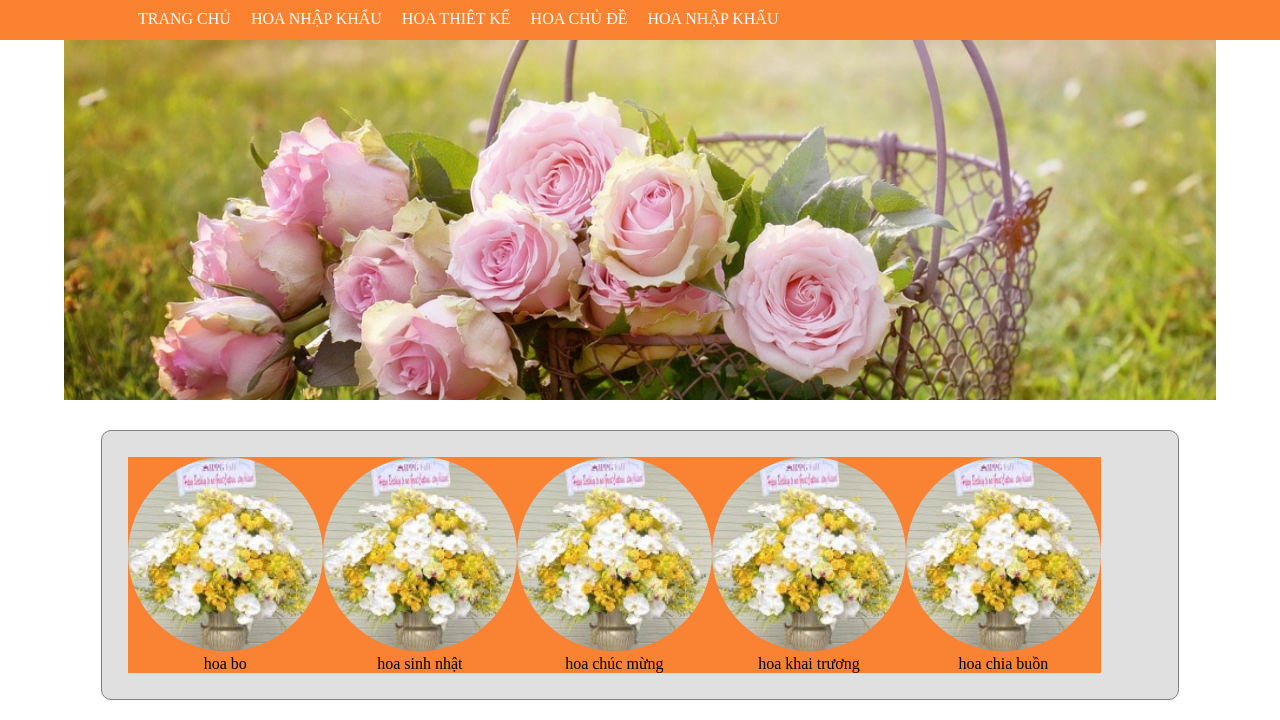
Repository: hoang71299/fe_26
Page: buoi5/buoi7/1.html
These files come from the project's save history. The page is drawn as it stood at one moment and after the next save; the edit follows.
The browser window is 1280 px wide. The pictures show the whole page.

Above is the page before, as saved 2022-08-28 19:46:54.

### buoi5/buoi7/1.html
<!DOCTYPE html>
<html lang="en">
<head>
    <meta charset="UTF-8">
    <meta http-equiv="X-UA-Compatible" content="IE=edge">
    <meta name="viewport" content="width=device-width, initial-scale=1.0">
    <title>Luyen tap 2</title>
    <link rel="stylesheet" href="./1.css">
</head>
<body>
    <div class="menu">
        <div class="phantu">
            <a href="" class="tren">
                trang chủ
            </a>
        </div>
        <div class="phantu">
            <a href="" class="tren">
                hoa nhập khẩu
            </a>
            <div class="item">
                <a href="">hộp hoa</a>
                <a href="">bó hoa</a>
            </div>
        </div>
        <div class="phantu">
            <a href="" class="tren">
                hoa thiêt kế
            </a>
            <div class="item">
                <a href="">hoa bó</a>
                <a href="">hoa bình</a>
                <a href="">hoa để bàn</a>
            </div>
        </div>
        <div class="phantu">
            <a href="" class="tren">
                hoa chủ đề
            </a>
            <div class="item">
                <a href="">hoa tình yêu</a>
                <a href="">hoa sinh nhật</a>
                <a href="">hoa chúc mừng</a>
                <a href="">hoa khai trương</a>
                <a href="">hoa chia buồn</a>
            </div>
        </div>
        <div class="phantu">
            <a href="" class="tren">
                hoa nhập khẩu
            </a>
            <div class="item">
                <a href="">hộp hoa</a>
                <a href="">bó hoa</a>
            </div>
        </div>
    </div>
    <!-- end menu -->
    <!-- banner -->
    <div class="banner">

    </div>
    <div class="loaihoa">
        <div class="chude">
            <img src="./image/6.jpg" alt="" class="hinh">
            <div class="tieude">hoa bo</div>
        </div>
        <div class="chude">
            <img src="./image/6.jpg" alt="" class="hinh">
            <div class="tieude">hoa sinh nhật</div>
        </div>
        <div class="chude">
            <img src="./image/6.jpg" alt="" class="hinh">
            <div class="tieude">hoa chúc mừng</div>
        </div>
        <div class="chude">
            <img src="./image/6.jpg" alt="" class="hinh">
            <div class="tieude">hoa khai trương</div>
        </div>
        <div class="chude">
            <img src="./image/6.jpg" alt="" class="hinh">
            <div class="tieude">hoa chia buồn</div>
        </div>
    </div>
    <!-- end banner -->
</body>
</html>

### buoi5/buoi7/1.css
*{
    margin: 0;
    padding: 0;
}
html,body{
    width: 100%;
    height: 100%;
}
.menu{
    width: 90%;
    height: 40px;
    background-color: #fa8231;
    padding-left: 10%;
    display:flex;
}
.menu .phantu{
    /* border:1px solid red; */
    position: relative;
}
.phantu .tren{
    text-decoration: none;
    color: white;
    text-transform: uppercase;
    display: inline-block;
    padding: 10px;
}
.phantu .item{
    /* width: 200px; */
    position: absolute;
    top: 40px;
    visibility: hidden;
    background-color: white;
}
.phantu .item a{
    display: block;
    text-decoration: none;
    color: black;
    text-transform: uppercase;
    padding: 3px;
    width: 200px;
    font-size: 16px;
    border: 1px solid rgb(212, 208, 208);
}
.phantu .item a:hover {
    font-weight: bold;
    border-left: 3px solid #fa8231;
    transition: 0.3s ease-in;
}
.phantu:hover .item{
    visibility: visible;
}
.banner{
    width: 90%;
    height: 50%;
    background-repeat:no-repeat ;
    background-size: cover;
    margin: auto;
    animation: bg 10s infinite;
}
@keyframes bg {
    0%{ background-image: url("./image/1.jpg");}
    25%{ background-image: url("./image/2.jpg");}
    50%{ background-image: url("./image/3.jpg");}
    70%{ background-image: url("./image/4.jpg");}
    100%{ background-image: url("./image/5.jpg");}
}
.loaihoa{
    width: 80%;
    height:auto;
    border: 1px solid gray;
    display: flex;
    margin: auto;
    margin-top: 30px;
    border-radius: 10px;
    background-color: rgb(224, 224, 224);
    padding: 2%;
}
.chude{
    width: 19%;
    height: auto;
    text-align: center;
    background-color: #fa8233;
}
.hinh{
    width: 100%;
    border-radius: 50%;
}

After the next save:
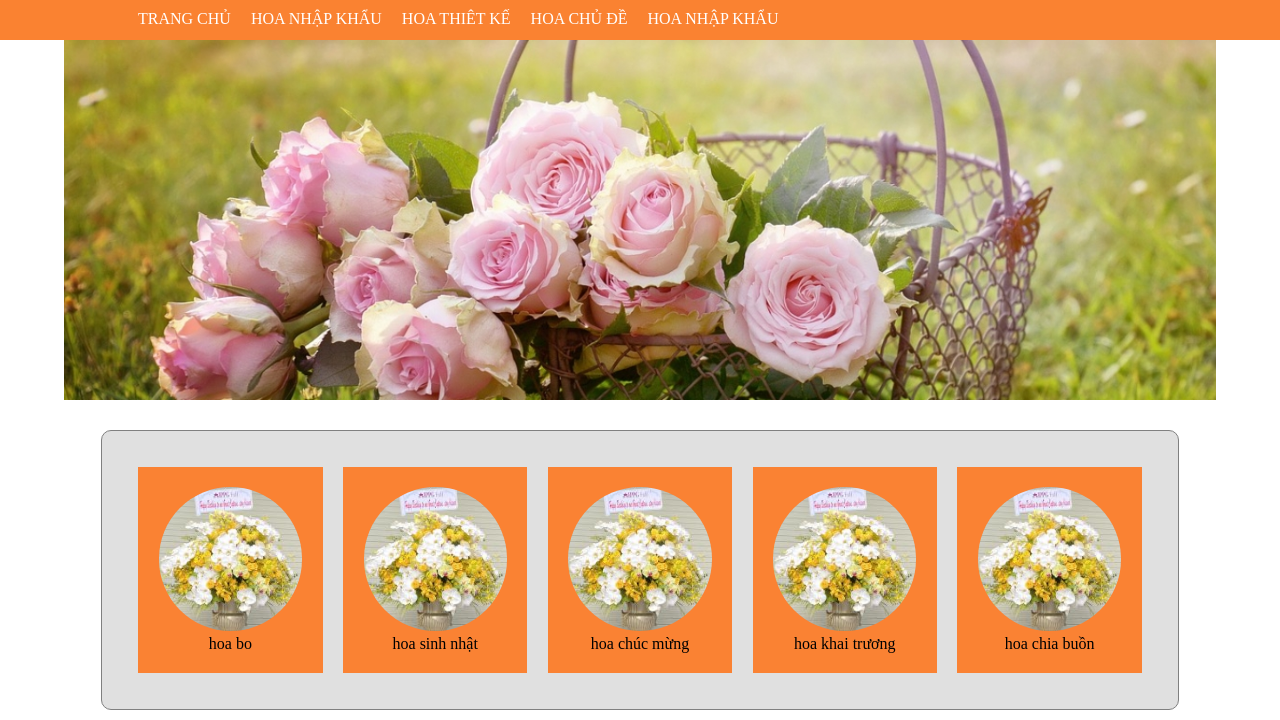
Saved 8 s later.
--- a/buoi5/buoi7/1.css
+++ b/buoi5/buoi7/1.css
@@ -80,6 +80,8 @@ html,body{
     height: auto;
     text-align: center;
     background-color: #fa8233;
+    margin: 1%;
+    padding: 2%;
 }
 .hinh{
     width: 100%;
